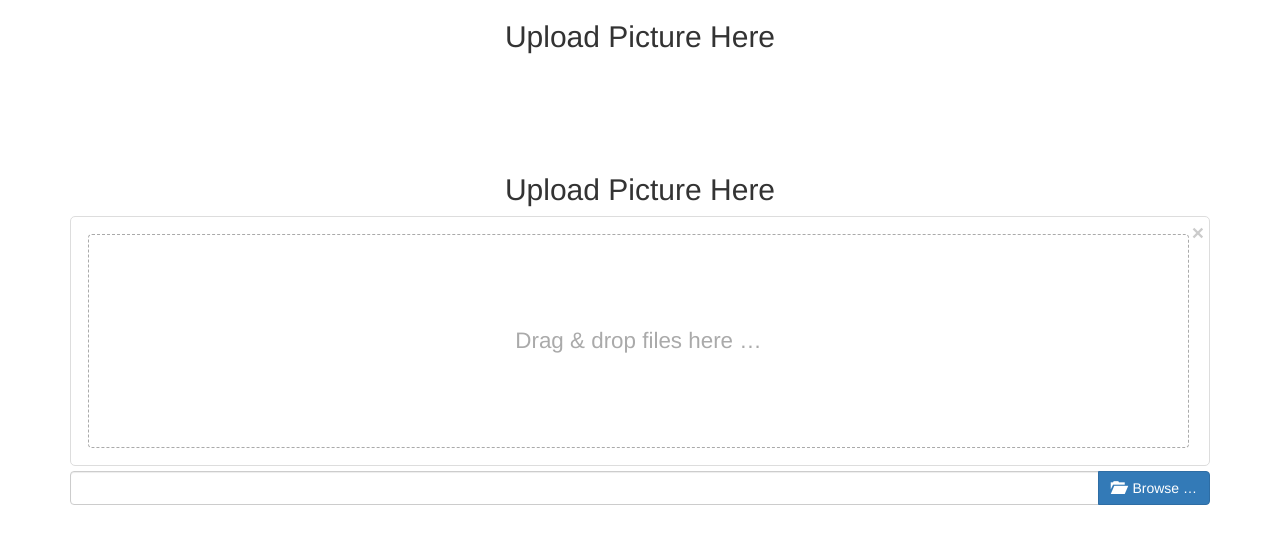
Repository: NeeleshPoojari/Project-2
Page: frontend_project2/WebContent/views/profilepicture.html
These files come from the project's save history. The page is drawn as it stood at one moment and after the next save; the edit follows.
The browser window is 1280 px wide. The pictures show the whole page.
Some web libraries are served in a nearby version.

Above is the page before, as saved 2017-07-19 14:17:42.
Console error (its wording comes from the project's code and is left out).

After the next save:
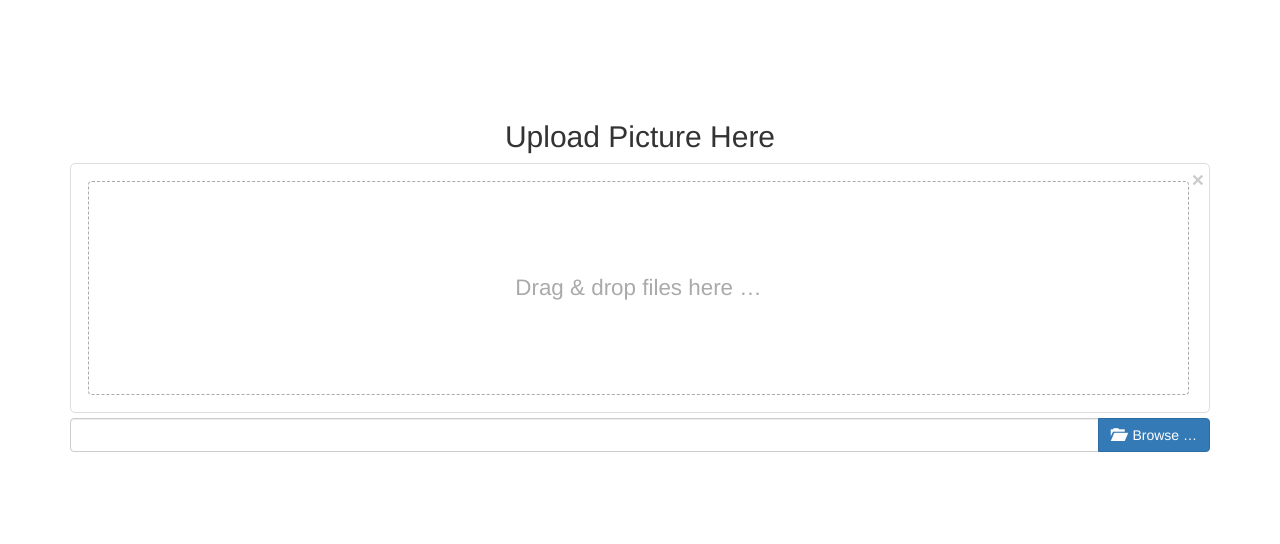
Saved 27 s later.
--- a/frontend_project2/WebContent/views/profilepicture.html
+++ b/frontend_project2/WebContent/views/profilepicture.html
@@ -39,7 +39,6 @@
 <title>Insert title here</title>
 </head>
 <body>
-         <h2 align="center">Upload Picture Here</h2>
 	<div class="container kv-main" style="margin-top: 100px;">
 	 <h2 align="center">Upload Picture Here</h2>
 		<div class="form-group">
